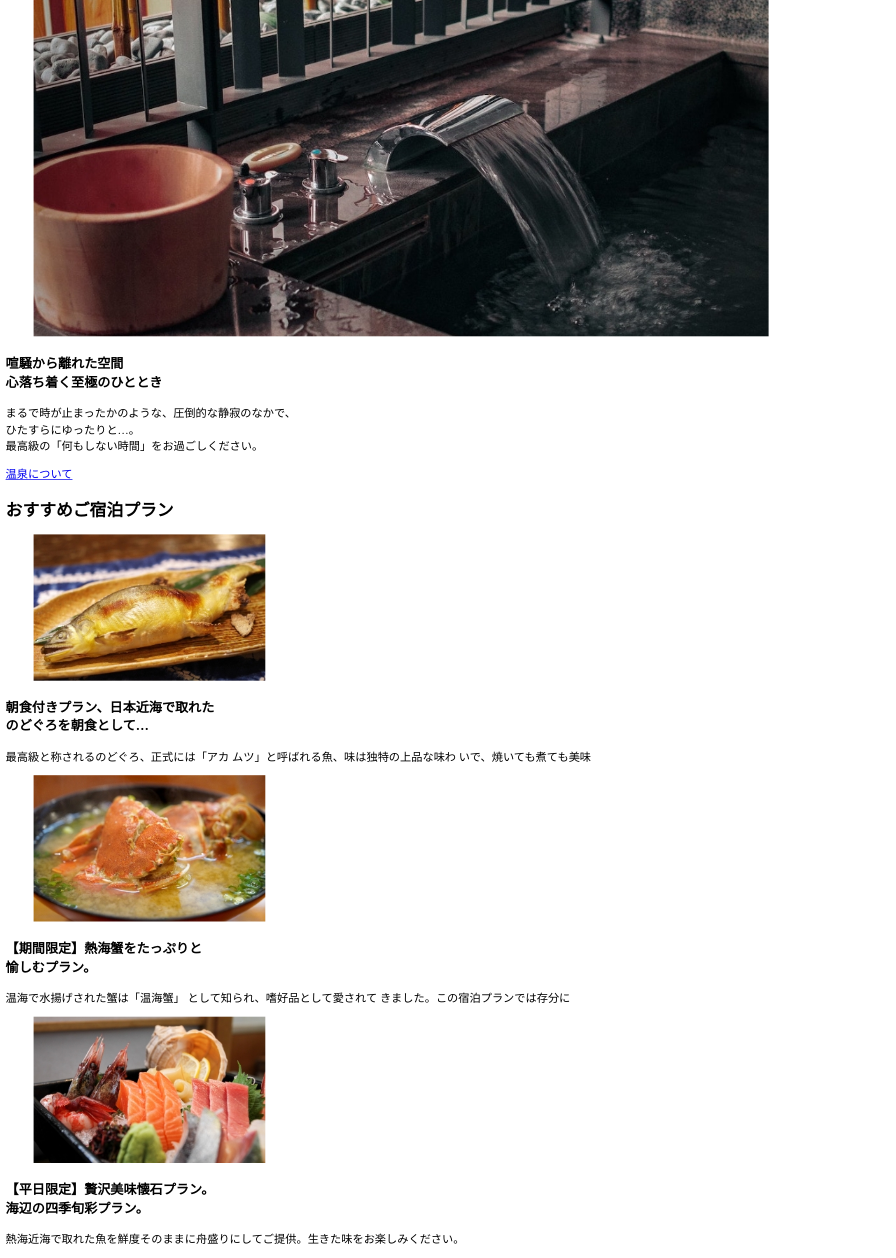
Repository: yuukiyokoyama/compex1
Page: index.html
An editor plug-in stored every save of this project. The page is shown before and after the next save, followed by the edit.
The browser window is 1280 px wide. The pictures show the part of the page from y = 2648 to 4568 px (the page is 4445 px tall before and 4568 px after), at 70% of full size.

Above is the page before, as saved 2021-09-17 01:16:04.

### index.html
<!DOCTYPE html>
<html lang="ja">
  <head>
    <meta charset="UTF-8" />
    <meta http-equiv="X-UA-Compatible" content="IE=edge" />
    <meta name="viewport" content="width=device-width, initial-scale=1.0" />
    <title>Document</title>
  </head>
  <body data-aos-easing="ease" data-aos-duration="400" data-aos-delay="0">
    <div id="fv">
      <div class="fv__img" style="background-image: url(images/mainbg01.jpg)"></div>
      <div class="fv__img" style="background-image: url(images/mainbg02.jpg)"></div>
      <div class="fv__img" style="background-image: url(images/mainbg03.jpg)"></div>

      <header>
        <div class="header__inner">
          <div class="header__inner--left">
            <h1 class="header_site-title">
              <a href="#">石井花壇</a>
            </h1>
            <div class="header__menu">
              <nav>
                <ul class="header__list">
                  <li class="header__list-item">
                    <a href="room.html">お部屋</a>
                  </li>
                  <li class="header__list-item">
                    <a href="cuisine.html">お料理</a>
                  </li>
                  <li class="header__list-item">
                    <a href="hot-spring.html">温泉</a>
                  </li>
                </ul>
              </nav>
            </div>
            <!-- header__menu -->
          </div>
          <!-- header__inner--left -->
          <div class="header__inner--right">
            <button class="header__reservation">宿泊予約</button>
            <button class="burger_btn">
              <span class="bars">
                <span class="bar bar_top"></span>
                <span class="bar baar_mid"></span>
                <span class="bar bar_bottom"></span>
              </span>
            </button>
          </div>
          <!-- header__inner--right -->
          <!-- モーダルエリアここから -->
          <section id="modalArea" class="modalArea">
            <div id="modalBg" class="modalBg"></div>
            <div class="modalWrapper">
              <form class="modalContents">
                <h2 class="modalAria__title">宿泊予約</h2>
                <dl class="form__body">
                  <dt>
                    <label for="name">お名前</label>
                  </dt>
                  <dd class="form_text">
                    <input type="text" name="name" id="name" placeholder="例：石井正悟" />
                  </dd>
                </dl>
                <dl class="form__body">
                  <dt><label for="mail-address"></label> メールアドレス</dt>
                  <dd class="form_text">
                    <input
                      type="text"
                      name="mail-address"
                      id="mail-address"
                      placeholder="例：Example@example.com"
                    />
                  </dd>
                </dl>
                <dl class="form__body">
                  <dt>
                    <label for="desired-plan"
                      >ご希望プラン（空いているプランのみ表示されます）</label
                    >
                  </dt>
                  <dd class="form__text">
                    <select name="desired-plan" id="desired-plan">
                      <option value="hidden">プランを選択してください</option>
                      <option value="limited-time">
                        【期間限定】海辺の四季旬彩、贅沢美味懐石プラン
                      </option>
                      <option value="weekday-plan">平日に優雅に楽しむ、特別宿泊プラン</option>
                      <option value="family-plan">
                        絶景貸切露天と個室会席を満喫できるファミリープラン
                      </option>
                    </select>
                  </dd>
                </dl>
                <dl class="form__body">
                  <dt><label for="date-select">日時選択</label></dt>
                  <dd class="form__text">
                    <input
                      type="text"
                      class="flatpickr flatpickr-input"
                      placeholder="日時を選択してください"
                      readonly="readonly"
                    />
                  </dd>
                </dl>
                <input type="submit" class="form__submit-btn" value="送信する" />
                <div id="closeModal" class="closeModal">×</div>
              </form>
            </div>
          </section>
        </div>
        <!-- header__inner -->
      </header>
      <div class="copy">頑張る人の<br />頑張らない時間</div>
    </div>
    <!-- fv -->
    <main>
      <article>
        <section class="preface">
          <div class="section__wrapper">
            <div
              class="preface__body aos-init aos-animate"
              data-aos="fade-up"
              data-aos-duration="2000"
            >
              <h2 class="preface_title">
                温海温泉の<br />
                美しさに癒されて<br />
              </h2>
              <p class="preface_text">
                東北の奥座敷である温海温泉泉卿<br />
                開湯は約1300年前とされ、役小角が<br />
                発見したと伝えられます
              </p>
              <p class="preface__text">
                石井花壇は江戸より続く由緒ある旅館で<br />
                クラシックな作りの中に大正ロマンあふれる<br />
                内装を残しております
              </p>
              <p class="preface_text">
                圧倒的癒しの空間で<br />
                頑張る現代人に<br />
                頑張らない圧倒的な非日常をご提供します
              </p>
              <p class="preface__name">石井花壇</p>
            </div>
            <!-- preface__body -->
          </div>
        </section>
        <section class="contents">
          <div class="contents__box">
            <figure
              class="contents__img-wrapper aos-init aos-animate"
              data-aos="fade-up"
              data-aos-duration="2000"
            >
              <img src="images/oheya-top.jpg" alt="お部屋" />
            </figure>
            <div
              class="contents__body aos-init aos-animate"
              data-aos="fade-up"
              data-aos-duration="2000"
            >
              <h3 class="contents__title">
                騒音から離れた空間<br />
                心落ち着く至極のひととき
              </h3>
              <p class="contents_text">
                まるで時が止まったかのような、圧倒的な静寂のなかで、<br />
                ひたすらにゆったりと…。<br />
                最高級の「何もしない時間」をお過ごしください。
              </p>
              <a class="coontents__btn" href="room.html">お部屋について</a>
            </div>
            <!-- contents__body -->
          </div>
          <!-- contents__box -->
          <div class="contents__box contents--reverse">
            <figure
              class="contents__img-wrapper--reverse aos-init aos-animate"
              data-aos="fade-up"
              data-duration="2000"
            >
              <img src="images/menu-top.jpg" alt="料理について" />
            </figure>
            <div
              class="contents__body contents__body--reveerse aos-init aos-animate"
              data-aos="fade-up"
              data-aos-duration="2000"
            >
              <h3 class="contents__title">
                出迎えるのは<br />
                極上の温海料理
              </h3>
              <p class="contents__text">
                最も旬の食材を愉しむ、最高の贅沢を<br />
                最高級A5ランクの米沢牛と共に頂く。<br />
                あなたの人生史に残る「極上の感動」を<br />
                お約束します。
              </p>
              <a href="cuisine.html" class="contents__btn">利用について</a>
            </div>
            <!-- contents__body contents__body--reverse -->
          </div>
          <!-- contents__box contents--reverse -->
          <div class="contents__box">
            <figure
              class="contents__img-wrapper aos-init"
              data-aos="fade-up"
              data-aos-duration="2000"
            >
              <img src="onsen-top.jpg" alt="お部屋について" />
            </figure>
            <div
              class="contents__body aos-init aos-animation"
              data-aos="fade-up"
              data-aos-duration="2000"
            >
              <h3 class="content__title">
                喧騒から離れた空間<br />
                心落ち着く至極のひととき
              </h3>
              <p class="content__text">
                まるで時が止まったかのような、圧倒的な静寂のなかで、<br />
                ひたすらにゆったりと…。<br />
                最高級の「何もしない時間」をお過ごしください。
              </p>
              <a href="hot-spring.html" class="contents__btn">温泉について</a>
            </div>
            <!-- contents__body-->
          </div>
          <!-- contents__box -->
        </section>
        <section class="lodging-plan">
          <div class="section__wrapper">
            <h2 class="section__title">おすすめご宿泊プラン</h2>
            <div class="lodging-plan__plans lodging-plan--col3">
              <div class="lodging-plans_item">
                <figure
                  class="lodging-plan__img-wrapper aos-init aos-animate"
                  data-aos="fade-up"
                  data-aos-duration="2000"
                >
                  <img src="images/recommended01.jpg" alt="朝食付きプラン" />
                </figure>
                <div
                  class="lodging-plan__body aos-init"
                  data-aos="fade-up"
                  data-aos-duration="2000"
                >
                  <h3 class="lodging-plan__title">
                    朝食付きプラン、日本近海で取れた<br />
                    のどぐろを朝食として…
                  </h3>
                  <p class="lodging-plan__text">
                    最高級と称されるのどぐろ、正式には「アカ
                    ムツ」と呼ばれる魚、味は独特の上品な味わ いで、焼いても煮ても美味
                  </p>
                </div>
                <!-- lodging-plan__body -->
                <a href="#" class="btn"></a>
              </div>
              <!-- lodging-plans_item -->
              <div class="lodging-plans_item">
                <figure
                  class="lodging-plan__img-wrapper aos-init aos-animate"
                  data-aos="fade-up"
                  data-aos-duration="2000"
                >
                  <img src="images/recommended02.jpg" alt="期間限定" />
                </figure>
                <div
                  class="lodging-plan__body aos-init aos-animate"
                  data-aos="fade-up"
                  data-aos-duration="2000"
                >
                  <h3 class="lodging-plan__title">
                    【期間限定】熱海蟹をたっぷりと<br />
                    愉しむプラン。
                  </h3>
                  <p class="lodging-plan__text">
                    温海で水揚げされた蟹は「温海蟹」 として知られ、嗜好品として愛されて
                    きました。この宿泊プランでは存分に
                  </p>
                </div>
                <!-- lodging-plan__body -->
                <a href="#" class="btn"></a>
              </div>
              <!-- lodging-plans_item -->
              <div class="lodging-plans_item">
                <figure
                  class="lodging-plan__img-wrapper aos-init aos-animate"
                  data-aos="fade-up"
                  data-aos-duration="2000"
                >
                  <img src="images/recommended03.jpg" alt="平日限定" />
                </figure>
                <div
                  class="lodging-plan__body aos-init aos-animate"
                  data-aos="fade-up"
                  data-aos-duration="2000"
                >
                  <h3 class="lodging-plan__title">
                    【平日限定】贅沢美味懐石プラン。<br />
                    海辺の四季旬彩プラン。
                  </h3>
                  <p class="lodging-plan__text">
                    熱海近海で取れた魚を鮮度そのままに舟盛りにしてご提供。生きた味をお楽しみください。
                  </p>
                </div>
                <!-- lodging-plan__body -->
                <a href="#" class="btn"></a>
              </div>
              <!-- lodging-plans_item -->
            </div>
            <!-- lodging-plan__plans lodging-plan--col3 -->
          </div>
          <!-- section__wrapper -->
        </section>
        <section class="news"></section>
        <section class="access"></section>
      </article>
    </main>
  </body>
</html>

After the next save:
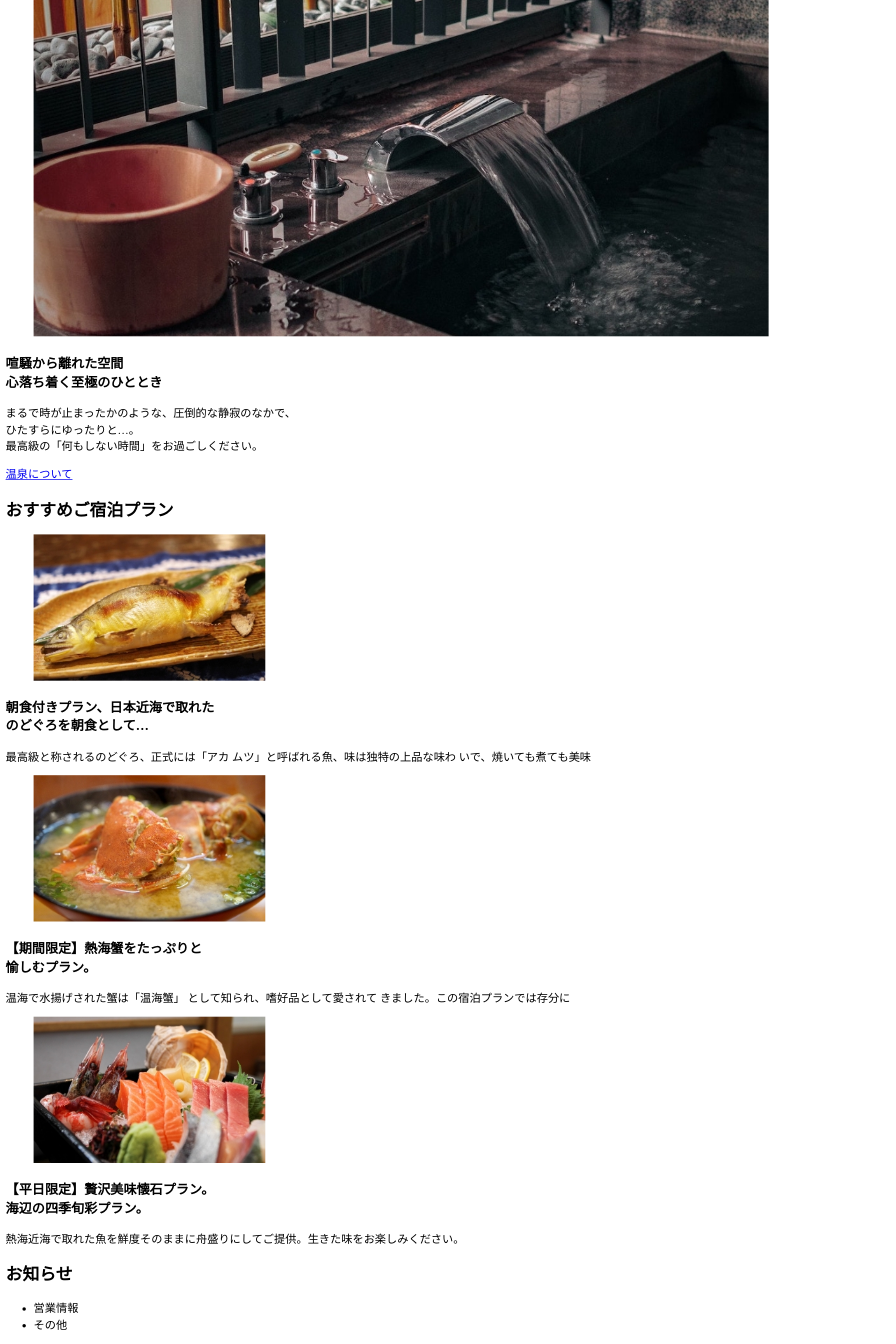
Saved 21 h 58 min later.
--- a/index.html
+++ b/index.html
@@ -316,7 +316,16 @@
           </div>
           <!-- section__wrapper -->
         </section>
-        <section class="news"></section>
+        <section class="news">
+          <div class="section__wrapper">
+            <h2 class="section__title">お知らせ</h2>
+            <ul class="news__head">
+              <li class="news__head-category js-tab-trigger is-active" data-id="tab01">営業情報</li>
+              <li class="news__head-category js-tab-trigger" data-id="tab02">その他</li>
+            </ul>
+            <!-- news__head -->
+          </div>
+        </section>
         <section class="access"></section>
       </article>
     </main>
